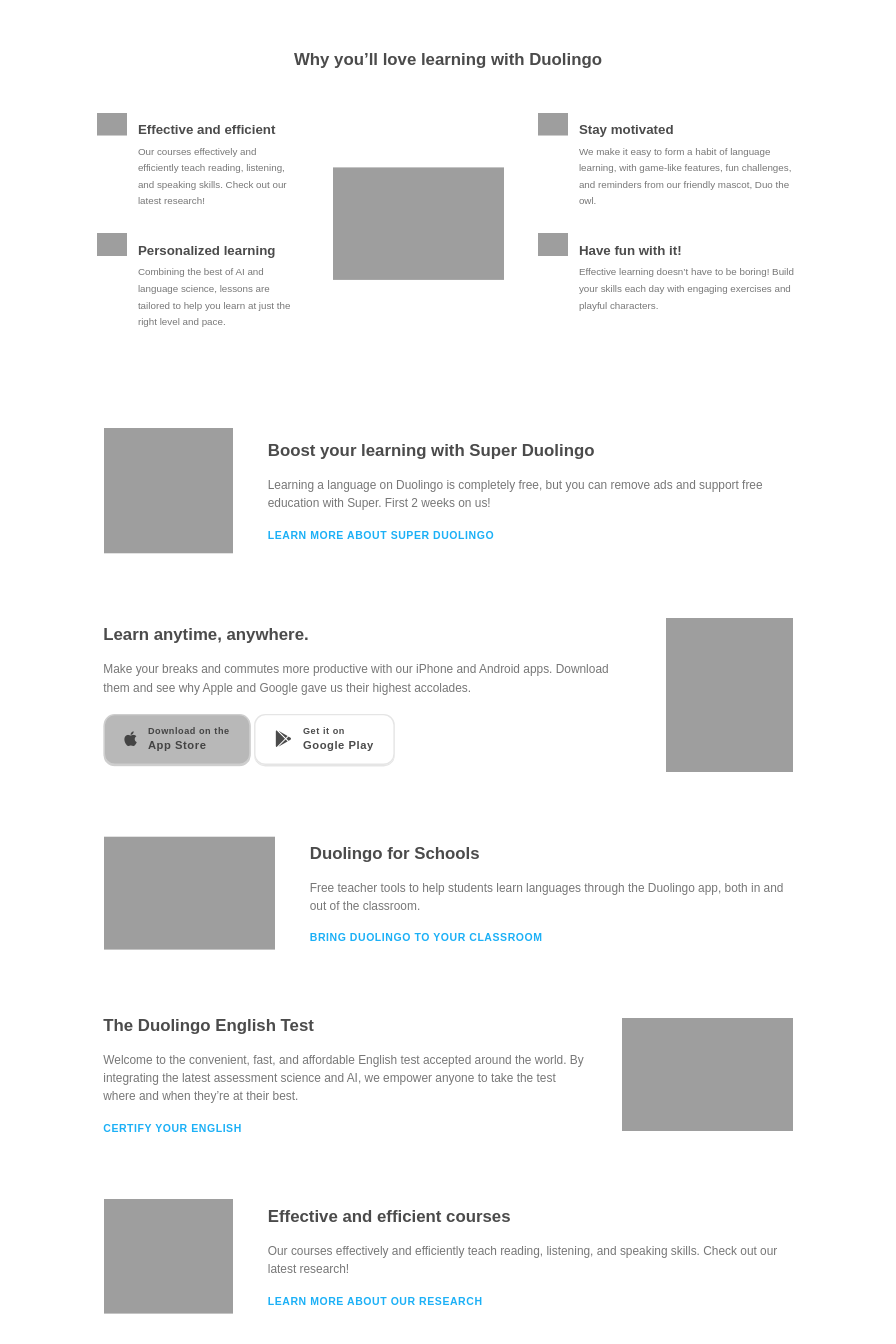
Repository: kauittt/duolingo-little
Page: login.html
These files come from the project's save history. The page is drawn as it stood at one moment and after the next save; the edit follows.
The browser window is 1280 px wide. The pictures show the part of the page from y = 937 to 2857 px (the page is 2857 px tall), at 70% of full size.
The pointer rests on the first visible `.download .section-content__link-item`.
Pictures or frames that could not be fetched are drawn as grey boxes. A picture or video elsewhere on the page could not be fetched, so the positions and the page height are approximate. Some web libraries are served in a nearby version.

Above is the page before, as saved 2023-03-26 21:02:01.

After the next save:
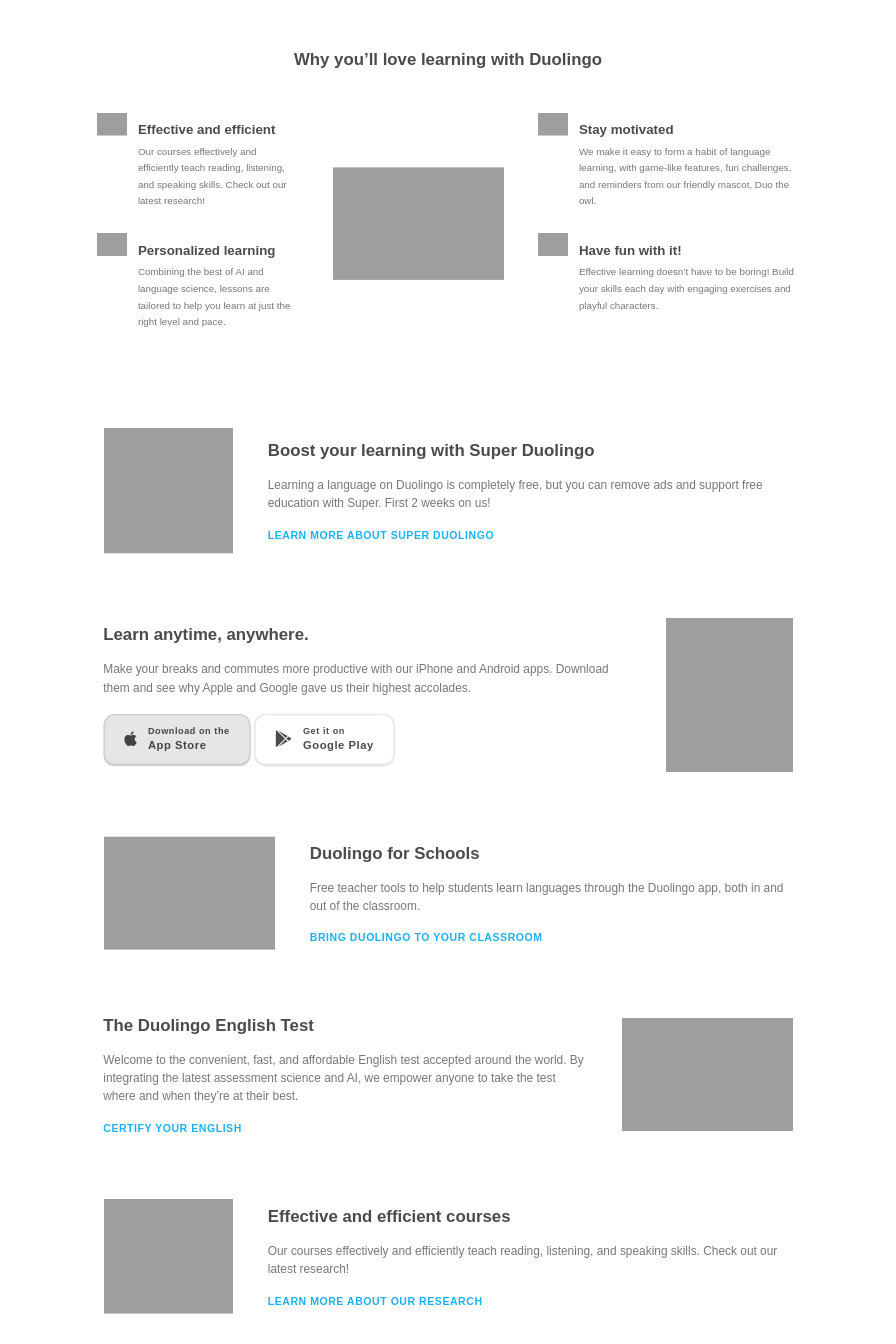
Saved 14 s later.
--- a/assets/css/stytes.css
+++ b/assets/css/stytes.css
@@ -228,7 +228,7 @@
 }
 
 .download .section-content__link-item:hover {
-    background: #ccc;
+    background: white;
     filter: brightness(0.9);
 }
 
